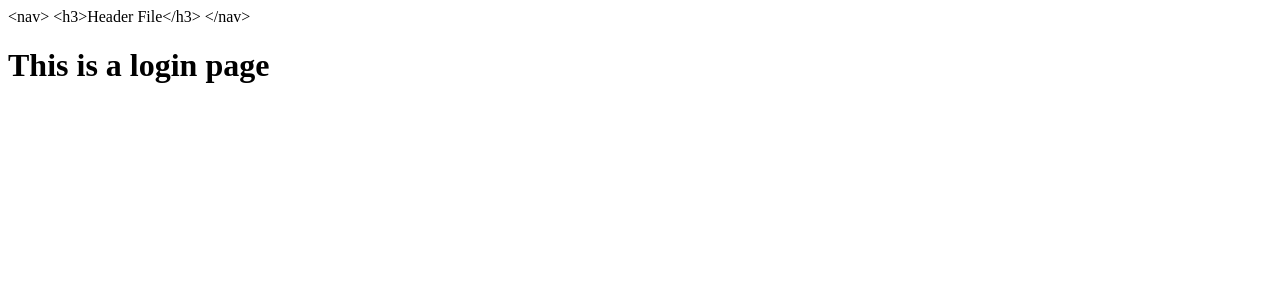
Repository: alihasnain763/node_toturial
Page: http://localhost/login
The author's editor kept a copy of each file at every save. The page is drawn from the files as they stood at one save, then again after the next save.
The browser window is 1280 px wide. The pictures show the whole page.
The page is served by the project's Node server (index.js).

Above is the page before, as saved 2023-01-01 08:12:38.

After the next save:
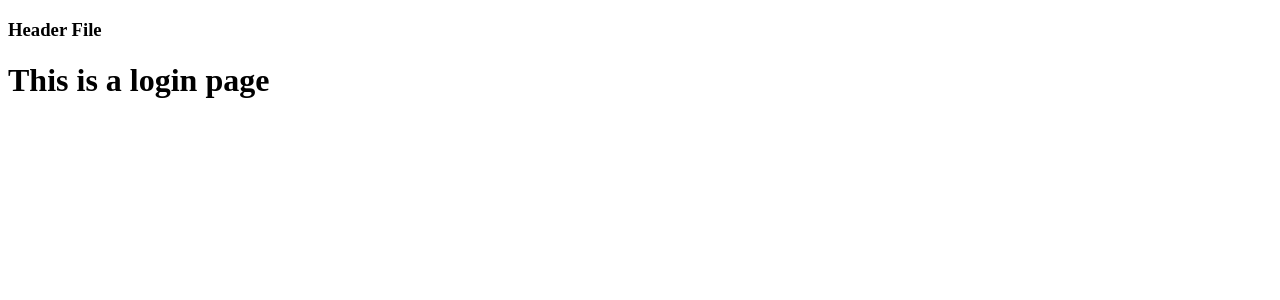
Saved 10 s later.
--- a/views/login.ejs
+++ b/views/login.ejs
@@ -8,7 +8,7 @@
     <title>This is a login page</title>
 </head>
 <body>
-    <%= include('common/header.ejs') %>
+    <%- include('common/header.ejs') %>
     <h1>This is a login page</h1>
 </body>
 </html>
